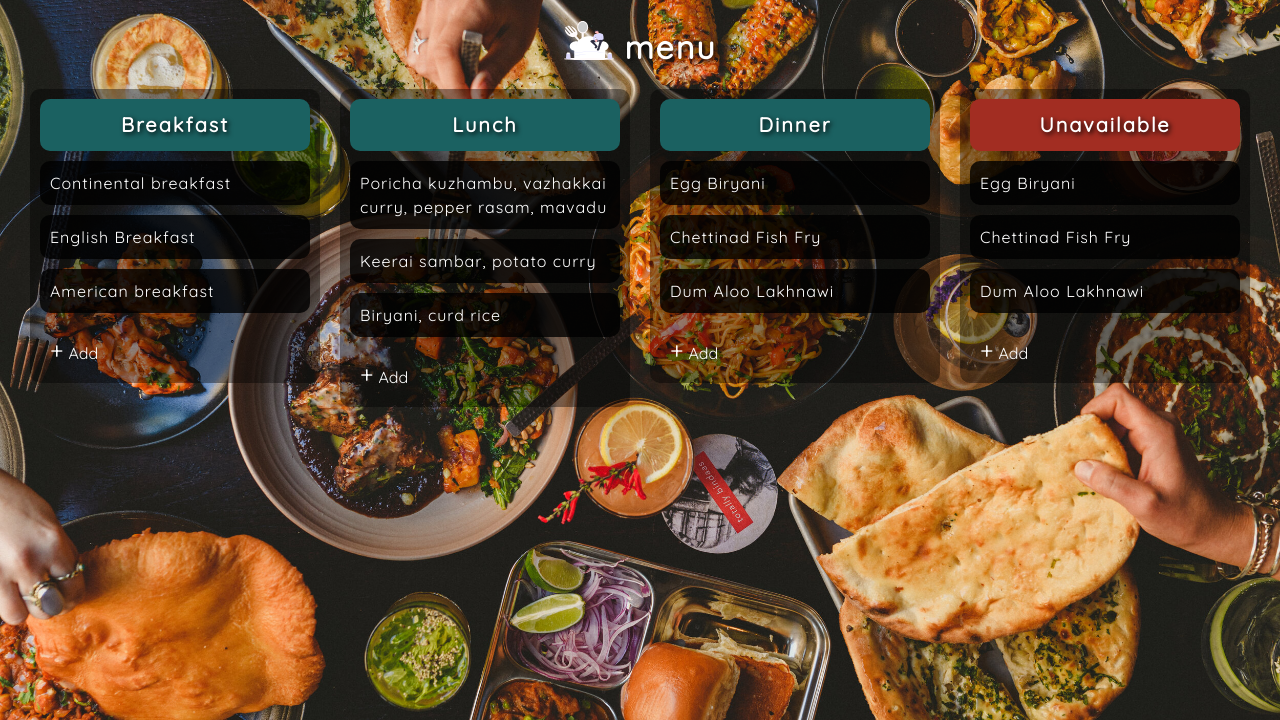
Repository: Anasooya2601/drag-and-drop
Page: index.html
The author's editor kept a copy of each file at every save. The page is drawn from the files as they stood at one save, then again after the next save.
The browser window is 1280 px wide. The pictures show the whole page.

Above is the page before, as saved 2021-02-05 03:12:37.

### index.html
<!DOCTYPE html>
<html lang="en">
<head>
    <meta charset="UTF-8">
    <meta name="viewport" content="width=device-width, initial-scale=1.0">
    <title>MRC</title>
    <script src="script.js" type="text"></script>
    <link rel="icon" type="image/png" href="favicon.png">
    <link rel="stylesheet" href="style.css">
</head>
<body>

    <h1 class="main-title">
        <img src="mrc.svg" width="50" alt="">
    menu
</h1>
    <div class="drag-container">
        <ul class="drag-list">
<!-- breakfast column -->

<li class="drag-column progress-column">
    <span class="header">
        <h1>Breakfast</h1>
    </span>
    <!-- breakfast-content -->
    <div id="progress-content">
        <ul class="drag-item-list"id= "progress-list">
            <li class="drag-item"> Continental breakfast</li>
            <li class="drag-item">English Breakfast</li>
            <li class="drag-item">American breakfast</li>
        </ul>
    </div>
    <!-- add-button -->
    <div class="add-btn-group">
        <div class="add-btn">
    <span class="plus-sign">+</span>
    <span>Add</span>
</div>
<div class="add-btn solid">
    <span>save</span>
</div>
<div class="add-container">
    <div class="add-item"></div>

</div>

    </div>
</li>
<li class="drag-column progress-column">
    <span class="header">
        <h1>Lunch</h1>
    </span>
    <!-- breakfast-content -->
    <div id="progress-content">
        <ul class="drag-item-list"id= "progress-list">
            <li class="drag-item"> Poricha kuzhambu, vazhakkai curry, pepper rasam, mavadu</li>
            <li class="drag-item">Keerai sambar, potato curry</li>
            <li class="drag-item">Biryani, curd rice</li>
        </ul>
    </div>
    <!-- add-button -->
    <div class="add-btn-group">
        <div class="add-btn">
    <span class="plus-sign">+</span>
    <span>Add</span>
</div>
<div class="add-btn solid">
    <span>save</span>
</div>
<div class="add-container">
    <div class="add-item"></div>

</div>

    </div>
</li>
<li class="drag-column progress-column">
    <span class="header">
        <h1>Dinner</h1>
    </span>
    <!-- breakfast-content -->
    <div id="progress-content">
        <ul class="drag-item-list"id= "progress-list">
            <li class="drag-item"> Egg Biryani</li>
            <li class="drag-item"> Chettinad Fish Fry</li>
            <li class="drag-item">Dum Aloo Lakhnawi</li>
        </ul>
    </div>
    <!-- add-button -->
    <div class="add-btn-group">
        <div class="add-btn">
    <span class="plus-sign">+</span>
    <span>Add</span>
</div>
<div class="add-btn solid">
    <span>save</span>
</div>
<div class="add-container">
    <div class="add-item"></div>

</div>

    </div>
</li>
<li class="drag-column on-hold-column">
    <span class="header">
        <h1>Unavailable</h1>
    </span>
    <!-- breakfast-content -->
    <div id="on-hold-content">
        <ul class="drag-item-list"id= "on-hold-list">
            <li class="drag-item"> Egg Biryani</li>
            <li class="drag-item"> Chettinad Fish Fry</li>
            <li class="drag-item">Dum Aloo Lakhnawi</li>
        </ul>
    </div>
    <!-- add-button -->
    <div class="add-btn-group">
        <div class="add-btn">
    <span class="plus-sign">+</span>
    <span>Add</span>
</div>
<div class="add-btn solid">
    <span>save</span>
</div>
<div class="add-container">
    <div class="add-item"></div>

</div>

    </div>
</li>
        </ul>
    </div>

</body>



</html>

### style.css
/* Trees Image - Pexels: https://www.pexels.com/photo/photo-of-trees-in-forest-3801030/ */
@import url("https://fonts.googleapis.com/css?family=Quicksand&display=swap");

html {
  box-sizing: border-box;
}

:root {
  --column-1: #a2622d;
  --column-2: #1b6161;
  --column-3: #248224;
  --column-4: #a22d22;
}

body {
  margin: 0;
  background: url("./mrc.jpg");
  background-size: cover;
  background-position: 50% 60%;
  background-attachment: fixed;
  color: white;
  font-family: Quicksand, sans-serif;
  overflow-y: hidden;
}

h1 {
  letter-spacing: 2px;
  text-shadow: 2px 2px 5px black;
}

.main-title {
  text-align: center;
  font-size: 3rem;
}

ul {
  list-style-type: none;
  margin: 0;
  padding: 0;
}

.drag-container {
  margin: 20px;
}

.drag-list {
  display: flex;
  align-items: flex-start;
}

/* Columns */
.drag-column {
flex: 1;
  margin: 0 10px;
  position: relative;
  background-color: rgba(0, 0, 0, 0.4);
  border-radius: 10px;
  overflow-x: hidden;
}

.backlog-column .header,
.backlog-column .solid,
.backlog-column .solid:hover,
.backlog-column .over {
  background-color: var(--column-1);
}

.progress-column .header,
.progress-column .solid,
.progress-column .solid:hover,
.progress-column .over {
  background-color: var(--column-2);
}

.complete-column .header,
.complete-column .solid,
.complete-column .solid:hover,
.complete-column .over {
  background-color: var(--column-3);
}

.on-hold-column .header,
.on-hold-column .solid,
.on-hold-column .solid:hover,
.on-hold-column .over {
  background-color: var(--column-4);
}

/* Custom Scrollbar */
.custom-scroll {
  overflow-y: auto;
  max-height: 75vh;
}

.custom-scroll::-webkit-scrollbar-track {
  box-shadow: inset 0 0 6px rgba(0, 0, 0, 0.4);
  border-radius: 10px;
  background-color: rgba(255, 255, 255, 0.3);
  margin-right: 5px;
}

.custom-scroll::-webkit-scrollbar {
  width: 10px;
}

.custom-scroll::-webkit-scrollbar-thumb {
  border-radius: 10px;
  box-shadow: inset 0 0 6px rgba(0, 0, 0, 0.3);
  background-color: rgba(0, 0, 0, 0.8);
}

.header {
  display: flex;
  justify-content: center;
  border-radius: 10px;
  margin: 10px;
}

.header h1 {
  font-size: 1.25rem;
}

/* Drag and Drop */
.over {
  padding: 50px 10px;
}

.drag-item-list {
  min-height: 50px;
}

.drag-item {
  margin: 10px;
  padding: 10px;
  height: fit-content;
  background-color: rgba(0, 0, 0, 0.8);
  border-radius: 10px;
  line-height: 1.5rem;
  letter-spacing: 1px;
  cursor: pointer;
}

.drag-item:focus {
  outline: none;
  background-color: white;
  color: black;
}

/* Add Button Group */
.add-btn-group {
  display: flex;
  justify-content: space-between;
}

.add-btn {
  margin: 10px;
  padding: 5px 10px;
  display: flex;
  align-items: center;
  cursor: pointer;
  width: fit-content;
  border-radius: 5px;
  transition: all 0.3s ease-in;
  user-select: none;
}

.add-btn:hover {
  background-color: rgba(255, 255, 255, 0.9);
  color: black;
}

.add-btn:active {
  transform: scale(0.97);
}

.solid {
  display: none;
}

.solid:hover {
  transition: unset;
  filter: brightness(95%);
  color: white;
}

.plus-sign {
  font-size: 1.5rem;
  margin-right: 5px;
  position: relative;
  top: -3px;
}

.add-container {
  margin: 10px;
  padding: 5px 10px;
  border-radius: 10px;
  background-color: rgba(255, 255, 255, 0.9);
  min-height: 100px;
  display: none;
}

.add-item {
  width: 100%;
  min-height: 100px;
  height: auto;
  background-color: white;
  border-radius: 10px;
  margin: 5px auto;
  resize: none;
  color: black;
  padding: 10px;
}

.add-item:focus {
  outline: none;
}

/* Media Query: Laptop */
@media screen and (max-width: 1800px) {
  .main-title {
    font-size: 2rem;
  }
}

/* Media Query: Large Smartphone (Vertical) */
@media screen and (max-width: 600px) {
  body {
    overflow-y: auto;
  }

  .drag-container {
    margin: 0;
  }

  .drag-list {
    display: block;
  }

  .drag-column {
    margin: 10px;
  }
}

.footer {
  position: fixed;
  left: 0;
  bottom: 0;
  width: 100%;
  background-color: red;
  color: white;
  text-align: center;
}

After the next save:
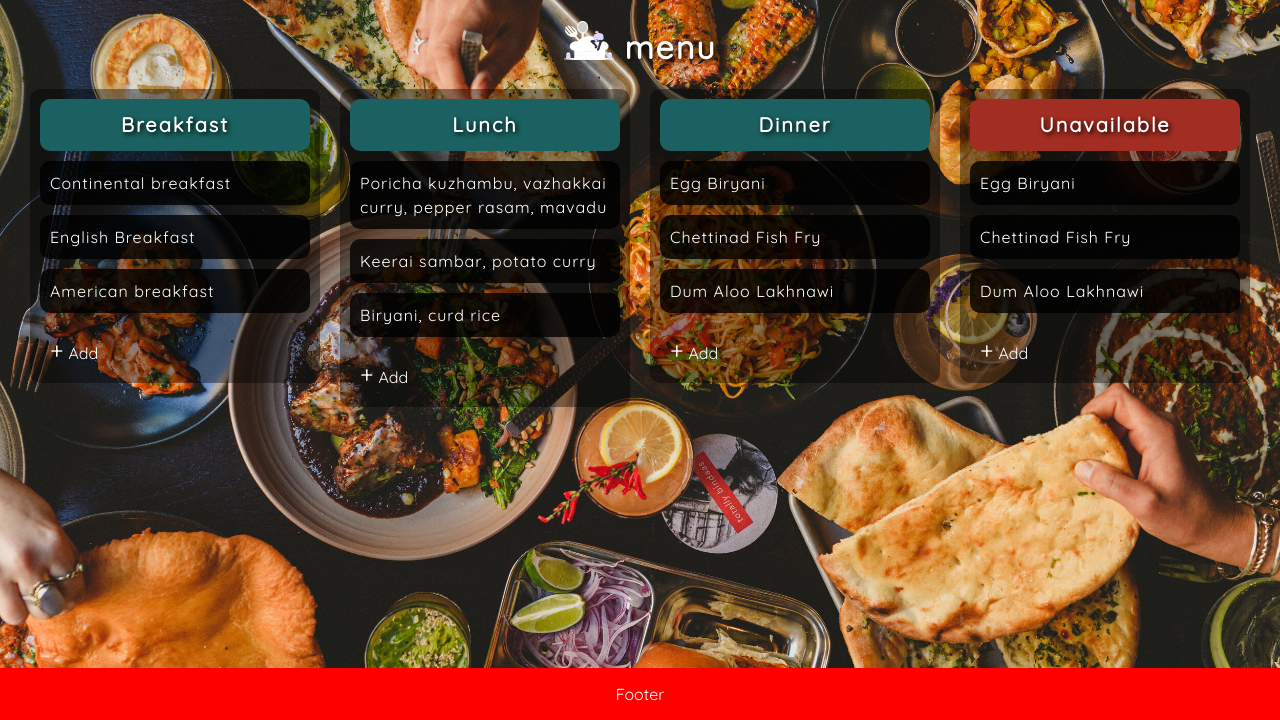
Saved 29 s later.
--- a/index.html
+++ b/index.html
@@ -132,7 +132,9 @@
 </li>
         </ul>
     </div>
-
+    <div class="footer">
+        <p>Footer</p>
+      </div>
 </body>
 
 
